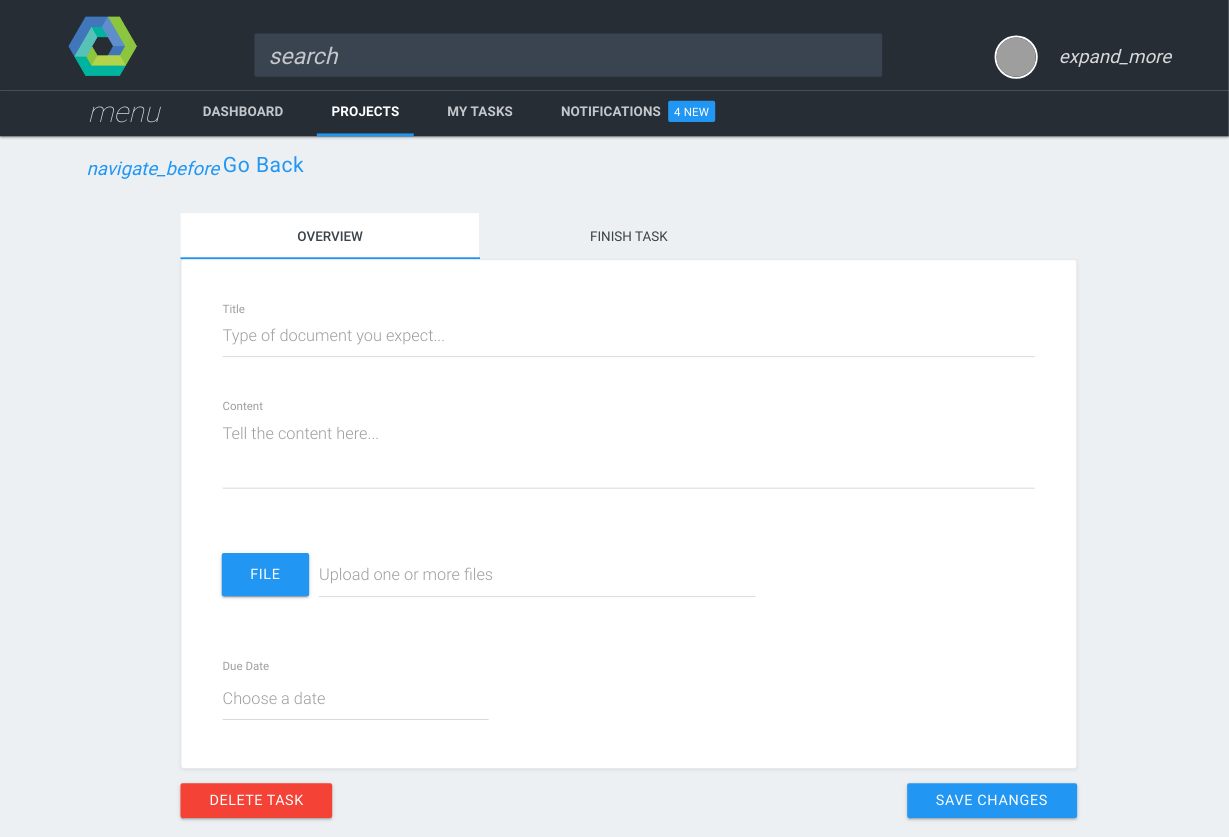
Repository: RenanChagas/ProjectManagement
Page: http://localhost/finalproject/WEB-INF/views/taskDetail.jsp
An editor plug-in stored every save of this project. The page is shown before and after the next save, followed by the edit.
The browser window is 1280 px wide. The pictures show the whole page, at 96% of full size.
Pictures or frames that could not be fetched are drawn as grey boxes. The page is served by Tomcat 9. Nobody is signed in. The template is opened directly, without the code that normally fills it, so the values that code supplies are empty.

Above is the page before, as saved 2017-10-26 00:47:55.

After the next save:
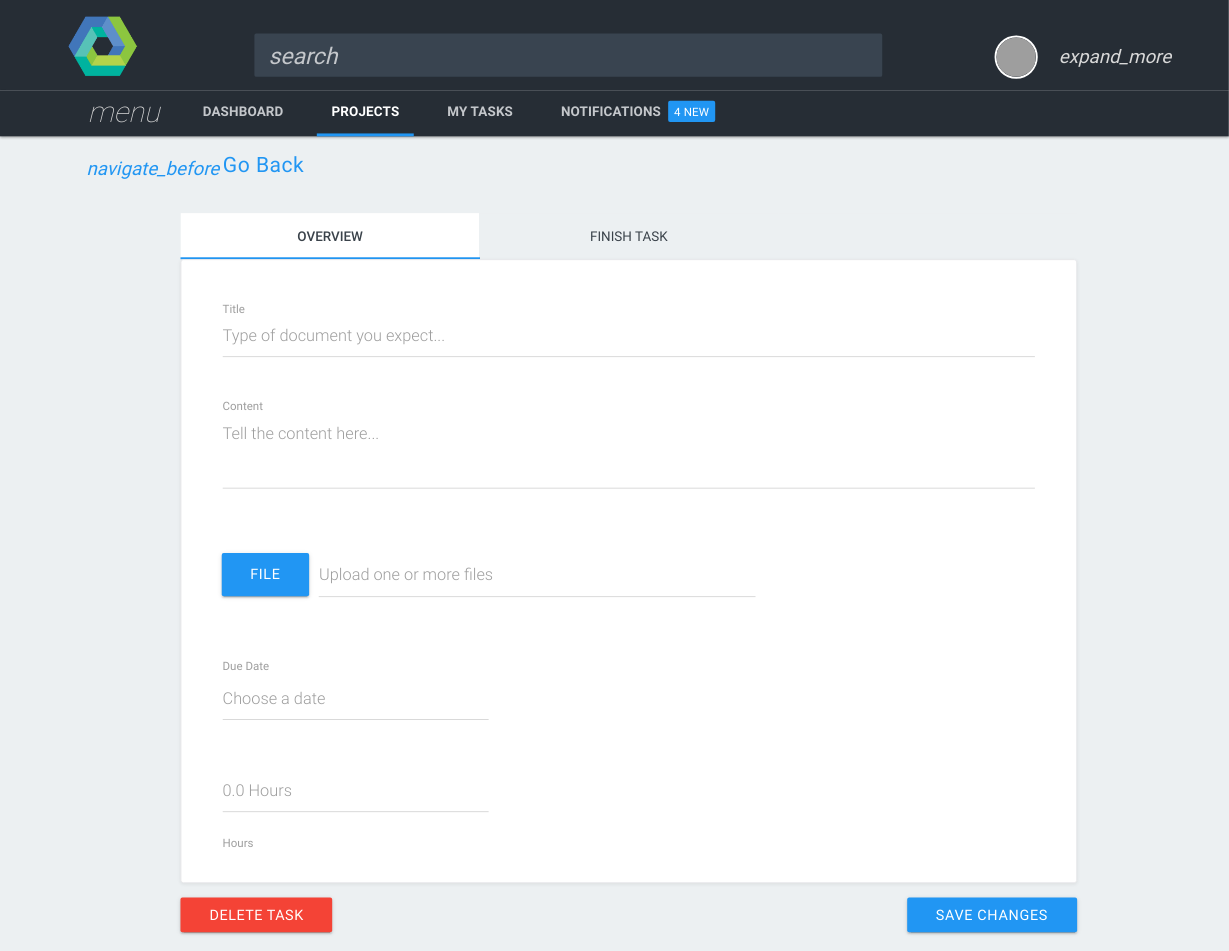
Saved 23 s later.
--- a/finalproject/src/main/webapp/WEB-INF/views/taskDetail.jsp
+++ b/finalproject/src/main/webapp/WEB-INF/views/taskDetail.jsp
@@ -226,6 +226,16 @@
 	                        </div>
                         </div>
                         <!-- Due date-END-->
+
+                        <!-- Hours -->
+                      <div class="row MDC-margin-bottom30">
+                      	<div class="col MDC-maxSize-300">
+                      		<form:input id="input_hours" placeholder="0.0 Hours" type="number" path="hours" step="0.1"
+														class="MDC-border-grey-light MDC-font-17 MDC-color-grey-dark-2 MDC-font-weight-300"/>
+                                <label for="input_hours">Hours</label>
+                      	</div>
+                      </div>
+
                 	</div>
                 </div>
                 <!-- CARD TAB-END-->
